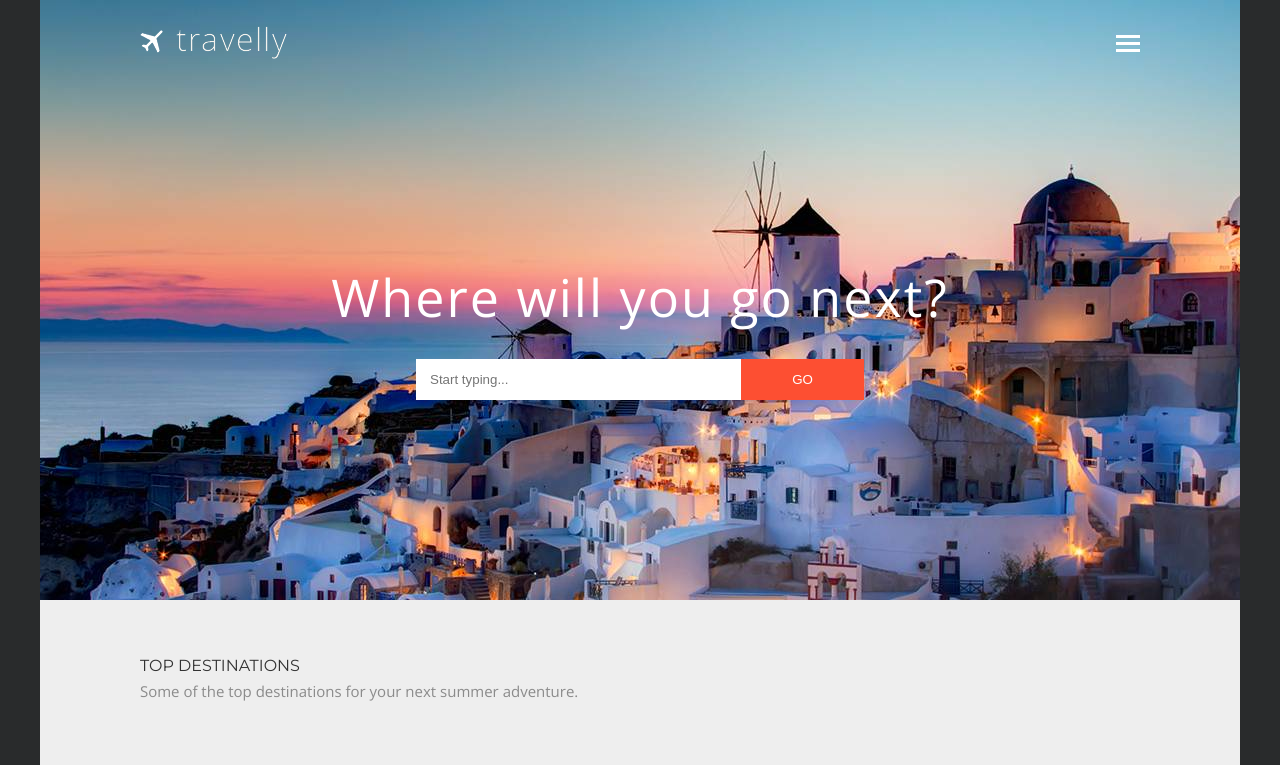
Repository: YusifHasanov/Web-Page-Template
Page: index.html
These files come from the project's save history. The page is drawn as it stood at one moment and after the next save; the edit follows.
The browser window is 1280 px wide. The pictures show the whole page.

Above is the page before, as saved 2021-12-05 21:15:18.

### index.html
<!DOCTYPE html>
<html lang="en">
<head>
  <!-- !required meta tags -->
  <meta charset="UTF-8">
  <meta http-equiv="X-UA-Compatible" content="IE=edge">
  <meta name="viewport" content="width=device-width, initial-scale=1.0">
  <title>Document</title>
  <!-- !style css -->
  <link rel="stylesheet" href="./css/style.css" />
</head>
<body>

  <div class="container">
      <div class="header useless">
        <div class="navBar d-flex justify-between align-end">
          <img src="./img/logo.png" alt="traveller company logo" />
          <img src="./img/menubar.png" class="hamburger" alt="hamburger menu logo" />
        </div>
        <h1>Where will you go next?</h1>
        <form class="d-flex justify-center">
          <input type="text" id="search" name="search" [aria-label="search"] placeholder="Start typing..." />
          <button type="submit" role="button">GO</button>
        </form>
      </div>
      <div class="top-destinations useless">
            <h2>Top destinations</h2>
            <p>Some of the top destinations for your next summer adventure.</p>
      </div>
  </div>

</body>
</html>

### css/style.css
@import url('https://fonts.googleapis.com/css2?family=Montserrat&family=Open+Sans:wght@300;400&display=swap');

* {
  margin: 0;
  padding: 0;
  outline: 0;
  border: 0;
  box-sizing: border-box;
}

body {
  min-height: 100vh;
  background-color: #292b2c;
}

.d-flex {
  display: flex;
}

.justify-center {
  justify-content: center;
}

.justify-between {
  justify-content: space-between;
}

.align-end {
  align-items: flex-end;
}

.useless {
  padding-left: 8.33%;
  padding-right: 8.33%;
}

.container {
  max-width: 1200px;
  margin-left: auto;
  margin-right: auto;
}

.header {
  height: 600px;
  background-image: url(./../img//backgr.jpg);
}

.navBar {
  padding-top: 26px;
}

.hamburger {
  margin-bottom: 6px;
}

.header > h1 {
  font-size: 52px;
  letter-spacing: 2px;
  color: #ffffff;
  font-weight: 300;
  font-family: 'Open Sans', sans-serif;
  text-align: center;
  line-height: 45px;
  margin-top: 215px;
}

.header > h1 + form {
  margin-top: 40px;
  height: 41px;
}

button[type='submit'] {
  width: 123px;
  background-color: #fd4f32;
  color: white;
}

.header input[type='text'] {
  width: 325px;
  padding-left: 14px;
}

.top-destinations {
  padding-top: 59px;
  padding-bottom: 69px;
  background-color: #eee;
}

.top-destinations > h2 {
  font-size: 16px;
  letter-spacing: 0px;
  color: #323232;
  font-weight: 400;
  font-family: 'Montserrat', sans-serif;
  text-transform: uppercase;
  line-height: 13px;
}

.top-destinations > p {
  font-size: 15px;
  letter-spacing: 0px;
  color: #8b8b8b;
  font-weight: 400;
  font-family: 'Open Sans', sans-serif;
  line-height: 10px;
  margin-top: 14px;
}

After the next save:
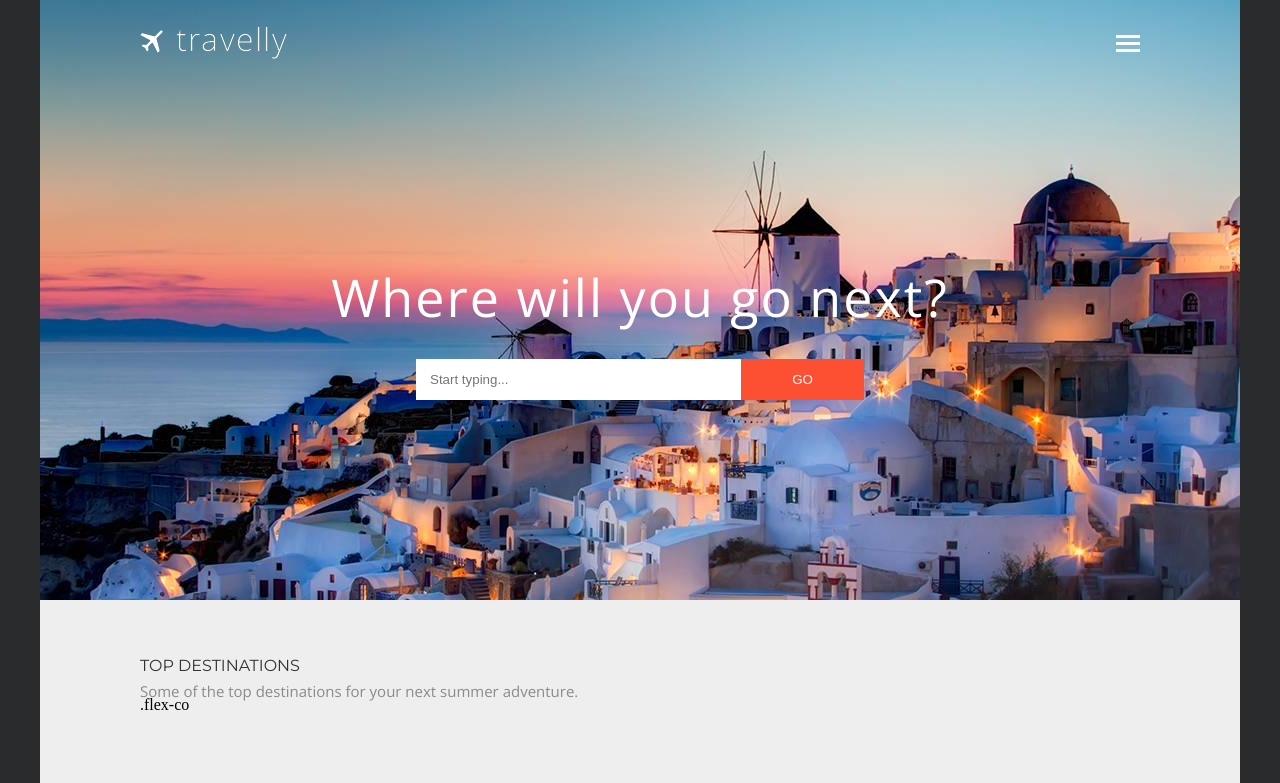
Saved 2 min 39 s later.
--- a/index.html
+++ b/index.html
@@ -26,6 +26,8 @@
       <div class="top-destinations useless">
             <h2>Top destinations</h2>
             <p>Some of the top destinations for your next summer adventure.</p>
+
+            .flex-co
       </div>
   </div>
 

After the save that followed:
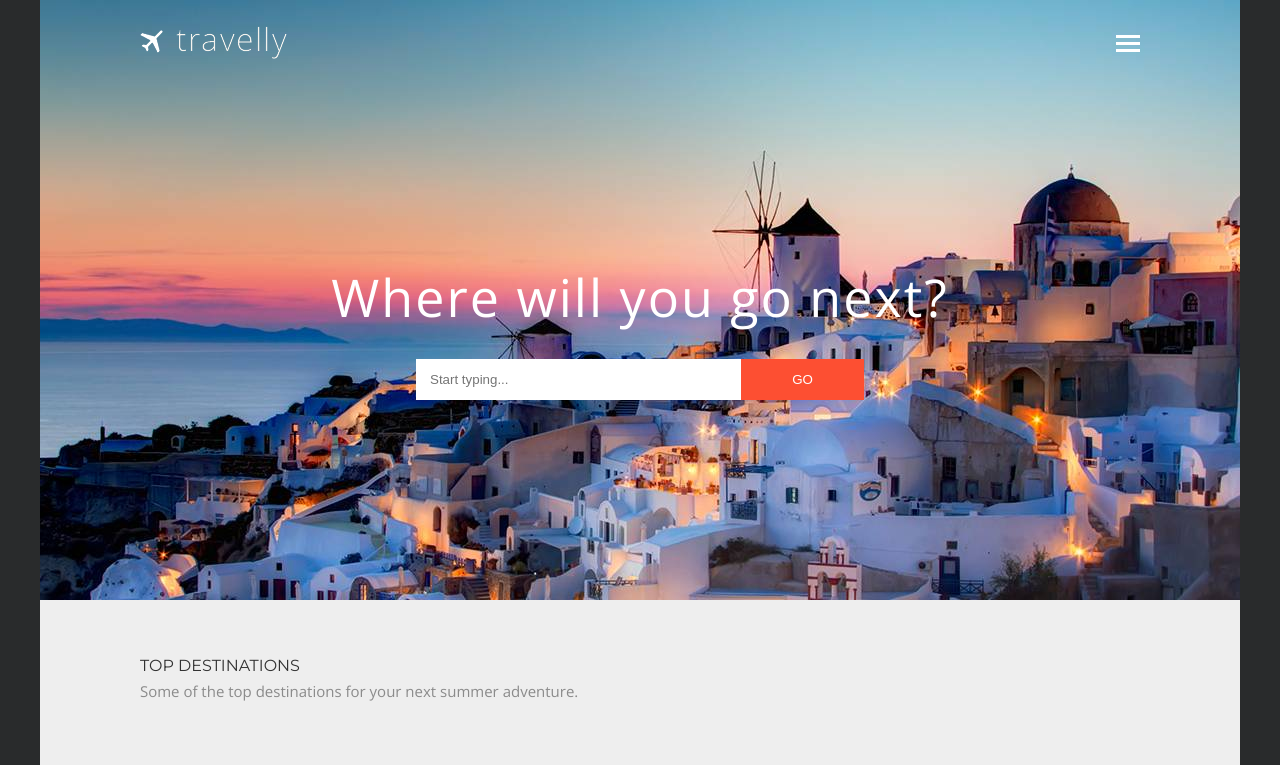
Saved 4 s later.
--- a/index.html
+++ b/index.html
@@ -27,7 +27,7 @@
             <h2>Top destinations</h2>
             <p>Some of the top destinations for your next summer adventure.</p>
 
-            .flex-co
+            <div class="flex-container"></div>
       </div>
   </div>
 
